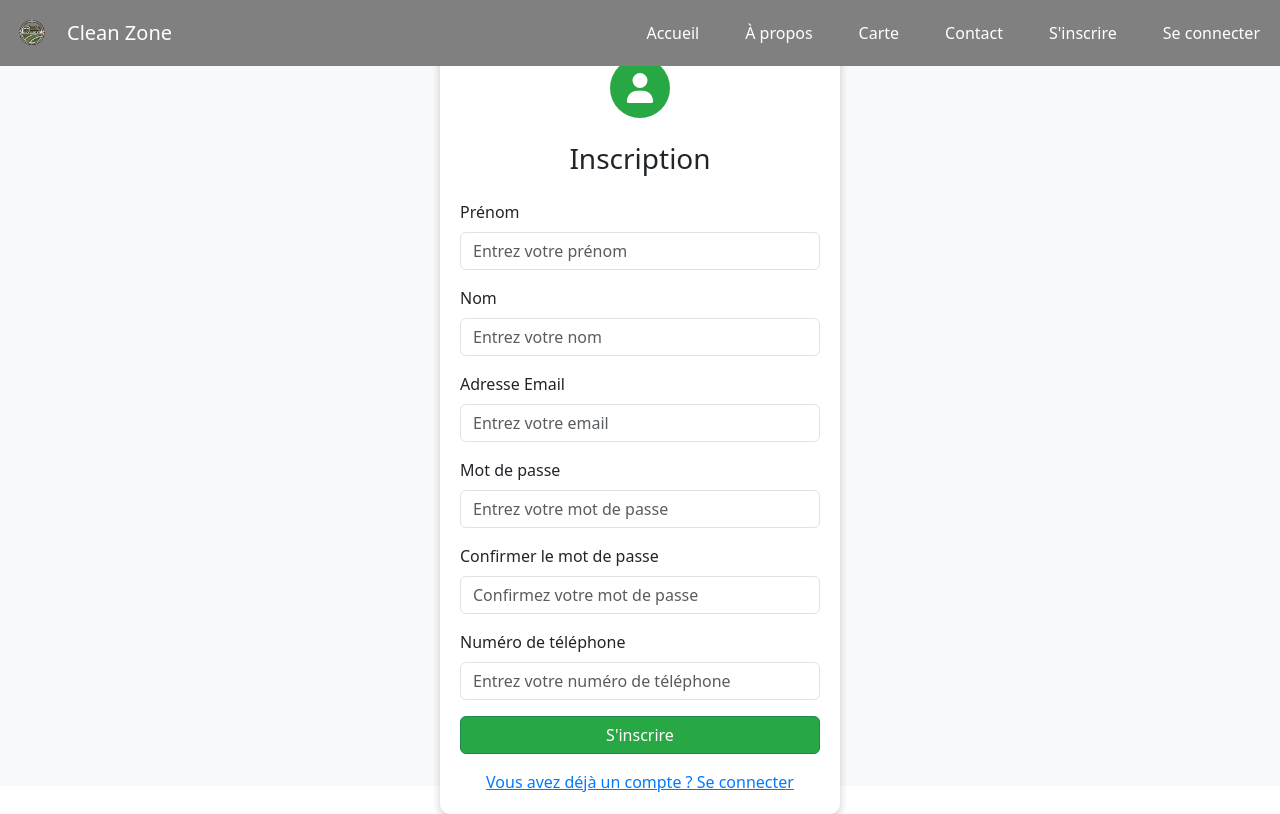
Repository: SystemInfoGeo/QGISproject
Page: /signup (app in NEXT/)
These files come from the project's save history. The page is drawn as it stood at one moment and after the next save; the edit follows.
The browser window is 1280 px wide. The pictures show the whole page.
The project was rebuilt for these pictures with package versions that can differ from the ones it lists, and the page was loaded fresh each time. The framework's server and built-in components were replaced by stand-ins that run in the browser. Also part of the build but not shown: NEXT/next.config.mjs.

Above is the page before, as saved 2024-09-16 17:17:06.

### NEXT/pages/_app.js
// pages/_app.js
import { AuthProvider } from '../context/AuthContext';
import 'bootstrap/dist/css/bootstrap.min.css'; // Import Bootstrap CSS ici

function MyApp({ Component, pageProps }) {
  return (
    <AuthProvider>
      <Component {...pageProps} />
    </AuthProvider>
  );
}

export default MyApp;

### NEXT/pages/signup.js
import { useState } from 'react';
import axios from 'axios';
import { useRouter } from 'next/router';
import 'bootstrap/dist/css/bootstrap.min.css'; // Importation de Bootstrap pour le style
import Navbar from '../components/Navbar';
import { FontAwesomeIcon } from '@fortawesome/react-fontawesome';
import { faUser } from '@fortawesome/free-solid-svg-icons'; // Importer l'icône utilisateur
import '../styles/Signup.css'; // Import du fichier CSS externe

const Signup = () => {
  const [email, setEmail] = useState('');
  const [password, setPassword] = useState('');
  const [confirmPassword, setConfirmPassword] = useState('');
  const [firstName, setFirstName] = useState('');
  const [lastName, setLastName] = useState('');
  const [phoneNumber, setPhoneNumber] = useState('');
  const [error, setError] = useState('');
  const [loading, setLoading] = useState(false);
  const router = useRouter();

  const handleSubmit = async (e) => {
    e.preventDefault();
    setError('');
    setLoading(true);

    if (password !== confirmPassword) {
      setError('Les mots de passe ne correspondent pas.');
      setLoading(false);
      return;
    }

    const emailPattern = /^[^\s@]+@[^\s@]+\.[^\s@]+$/;
    if (!emailPattern.test(email)) {
      setError('Adresse email invalide.');
      setLoading(false);
      return;
    }

    const phonePattern = /^[0-9]{10,15}$/;
    if (!phonePattern.test(phoneNumber)) {
      setError('Numéro de téléphone invalide.');
      setLoading(false);
      return;
    }

    try {
      const response = await axios.post(`${process.env.NEXT_PUBLIC_API_URL}/signup`, {
        email,
        password,
        confirm_password: confirmPassword,
        first_name: firstName,
        last_name: lastName,
        phone_number: phoneNumber
      });

      if (response.status === 201) {
        setEmail('');
        setPassword('');
        setConfirmPassword('');
        setFirstName('');
        setLastName('');
        setPhoneNumber('');

        router.push('/login');
      }
    } catch (error) {
      if (error.response && error.response.data.error) {
        setError(error.response.data.error);
      } else {
        setError('Erreur lors de l\'inscription. Veuillez réessayer.');
      }
    } finally {
      setLoading(false);
    }
  };

  return (
    <>
      <Navbar /> {/* Inclusion de la Navbar */}

      {/* Contenu principal de la page d'inscription */}
      <div className="d-flex justify-content-center align-items-center vh-100 bg-light">
        <div className="signup-container">
          <div className="signup-icon mb-4 mx-auto d-flex justify-content-center align-items-center">
            <FontAwesomeIcon icon={faUser} size="2x" className="text-white" />
          </div>
          <h3 className="text-center mb-4">Inscription</h3>
          <form onSubmit={handleSubmit}>
            <div className="mb-3">
              <label htmlFor="firstName" className="form-label">Prénom</label>
              <input
                type="text"
                className="form-control"
                id="firstName"
                placeholder="Entrez votre prénom"
                value={firstName}
                onChange={(e) => setFirstName(e.target.value)}
                required
              />
            </div>
            <div className="mb-3">
              <label htmlFor="lastName" className="form-label">Nom</label>
              <input
                type="text"
                className="form-control"
                id="lastName"
                placeholder="Entrez votre nom"
                value={lastName}
                onChange={(e) => setLastName(e.target.value)}
                required
              />
            </div>
            <div className="mb-3">
              <label htmlFor="email" className="form-label">Adresse Email</label>
              <input
                type="email"
                className="form-control"
                id="email"
                placeholder="Entrez votre email"
                value={email}
                onChange={(e) => setEmail(e.target.value)}
                required
              />
            </div>
            <div className="mb-3">
              <label htmlFor="password" className="form-label">Mot de passe</label>
              <input
                type="password"
                className="form-control"
                id="password"
                placeholder="Entrez votre mot de passe"
                value={password}
                onChange={(e) => setPassword(e.target.value)}
                required
              />
            </div>
            <div className="mb-3">
              <label htmlFor="confirmPassword" className="form-label">Confirmer le mot de passe</label>
              <input
                type="password"
                className="form-control"
                id="confirmPassword"
                placeholder="Confirmez votre mot de passe"
                value={confirmPassword}
                onChange={(e) => setConfirmPassword(e.target.value)}
                required
              />
            </div>
            <div className="mb-3">
              <label htmlFor="phoneNumber" className="form-label">Numéro de téléphone</label>
              <input
                type="tel"
                className="form-control"
                id="phoneNumber"
                placeholder="Entrez votre numéro de téléphone"
                value={phoneNumber}
                onChange={(e) => setPhoneNumber(e.target.value)}
                required
              />
            </div>
            <button type="submit" className="btn btn-success w-100 signup-btn" disabled={loading}>
              {loading ? 'Inscription en cours...' : "S'inscrire"}
            </button>
            {error && <p className="text-danger mt-3">{error}</p>}
          </form>
          <div className="text-center mt-3">
            <a href="/login">Vous avez déjà un compte ? Se connecter</a>
          </div>
        </div>
      </div>
    </>
  );
};

export default Signup;

### NEXT/context/AuthContext.js
import { createContext, useContext, useState, useEffect } from 'react';
import { Spinner } from 'react-bootstrap';
import jwt_decode from 'jwt-decode';

// Créez le contexte
const AuthContext = createContext();

// Créez un hook pour utiliser le contexte facilement
export const useAuth = () => useContext(AuthContext);

// Créer un fournisseur pour encapsuler l'état de connexion global
export const AuthProvider = ({ children }) => {
  const [loggedIn, setLoggedIn] = useState(false);
  const [loading, setLoading] = useState(true);  // Indicateur de chargement
  const [user, setUser] = useState(null);        // Stockage des informations utilisateur

  // Fonction pour vérifier la validité du token
  const isTokenValid = (token) => {
    try {
      const decodedToken = jwt_decode(token);  // Décodage du token JWT
      const currentTime = Date.now() / 1000;  // Temps actuel en secondes
      if (decodedToken.exp > currentTime) {
        return true;  // Le token est valide
      } else {
        console.warn("Le token a expiré.");
        return false;  // Le token est expiré
      }
    } catch (error) {
      console.error("Erreur lors du décodage du token:", error);
      return false;  // Le token est invalide
    }
  };

  // Vérification de la connexion au démarrage
  useEffect(() => {
    const token = localStorage.getItem('token');
    const userInfo = localStorage.getItem('user');

    // Vérification de la présence des données
    if (token && userInfo) {
      try {
        // Vérifier si le token est valide
        if (isTokenValid(token)) {
          setLoggedIn(true);

          // Essayer de parser les informations utilisateur
          try {
            const parsedUser = JSON.parse(userInfo);  // Charger les informations utilisateur
            setUser(parsedUser);
          } catch (error) {
            console.error("Erreur lors du parsing des informations utilisateur:", error);
            localStorage.removeItem('user');  // Supprimer les données corrompues
            setUser(null);
            setLoggedIn(false);
          }
        } else {
          // Le token est expiré ou invalide
          localStorage.removeItem('token');
          localStorage.removeItem('user');
          setLoggedIn(false);
        }
      } catch (error) {
        console.error("Erreur lors du traitement de la connexion:", error);
        setLoggedIn(false);
      }
    } else {
      // Si le token ou les infos utilisateur sont manquants
      console.warn("Aucun token ou informations utilisateur trouvés.");
      setLoggedIn(false);
    }

    setLoading(false);  // Fin du chargement
  }, []);

  // Fonction de connexion
  const login = (token, userInfo) => {
    if (token && userInfo) {
      localStorage.setItem('token', token);
      localStorage.setItem('user', JSON.stringify(userInfo));  // Enregistrer les informations utilisateur
      setUser(userInfo);
      setLoggedIn(true);
    } else {
      console.error("Le token ou les informations utilisateur sont manquants.");
    }
  };

  // Fonction de déconnexion
  const logout = () => {
    localStorage.removeItem('token');
    localStorage.removeItem('user');
    setUser(null);  // Réinitialiser les informations utilisateur
    setLoggedIn(false);
  };

  return (
    <AuthContext.Provider value={{ loggedIn, login, logout, loading, user }}>
      {loading ? <Spinner animation="border" role="status" /> : children} {/* Afficher un spinner si en chargement */}
    </AuthContext.Provider>
  );
};

### NEXT/components/Navbar.js
import Link from 'next/link';
import { useAuth } from '../context/AuthContext'; // Importer le hook useAuth
import 'bootstrap/dist/css/bootstrap.min.css';
import { useEffect, useState } from 'react';

export default function Navbar() {
  const { loggedIn } = useAuth(); // Utiliser le hook pour accéder à l'état de connexion
  const [userRole, setUserRole] = useState(null); // Stocker le rôle de l'utilisateur

  // Vérification du rôle de l'utilisateur lors du chargement de la page
  useEffect(() => {
    const role = localStorage.getItem('role'); // Récupérer le rôle depuis localStorage
    if (role) {
      setUserRole(role); // Mettre à jour le rôle de l'utilisateur dans le state
      console.log('Rôle de l’utilisateur:', role); // Afficher le rôle dans la console pour déboguer
    } else {
      console.log('Aucun rôle trouvé dans le localStorage');
    }
  }, []);

  return (
    <nav className="navbar navbar-expand-lg" style={{ backgroundColor: '#808080' }}>
      <div className="container-fluid">
        <a className="navbar-brand" href="/" style={{ color: 'white', display: 'flex', alignItems: 'center' }}>
          <img src="/images/logo.jpg" alt="Logo" style={{ width: '40px', height: '40px', marginRight: '15px' }} />
          Clean Zone
        </a>
        <button className="navbar-toggler" type="button" data-bs-toggle="collapse" data-bs-target="#navbarNav" aria-controls="navbarNav" aria-expanded="false" aria-label="Toggle navigation">
          <span className="navbar-toggler-icon"></span>
        </button>
        <div className="collapse navbar-collapse" id="navbarNav">
          <ul className="navbar-nav ms-auto">
            <li className="nav-item">
              <Link href="/" legacyBehavior>
                <a className="nav-link" style={{ color: 'white', marginRight: '30px' }}>Accueil</a>
              </Link>
            </li>

            <li className="nav-item">
              <Link href="/apropos" legacyBehavior>
                 <a className="nav-link" style={{ color: 'white', marginRight: '30px' }}>À propos</a>
              </Link>
            </li>

            <li className="nav-item">
              <Link href="/CARTE" legacyBehavior>
                <a className="nav-link" style={{ color: 'white', marginRight: '30px' }}>Carte</a>
              </Link>
            </li>
            <li className="nav-item">
              <Link href="/contact" legacyBehavior>
                <a className="nav-link" style={{ color: 'white', marginRight: '30px' }}>Contact</a>
              </Link>
            </li>

            {/* Affichage conditionnel basé sur l'état de connexion et le rôle */}
            {loggedIn ? (
              <li className="nav-item">
                {/* Si l'utilisateur est admin, rediriger vers le profil admin, sinon vers le profil utilisateur */}
                {userRole === 'admin' ? (
                  <Link href="/admin/profile" legacyBehavior>
                    <a className="nav-link" style={{ color: 'white', marginRight: '30px' }}>
                      Profil Admin
                    </a>
                  </Link>
                ) : (
                  <Link href="/user/profile" legacyBehavior>
                    <a className="nav-link" style={{ color: 'white', marginRight: '30px' }}>
                      Profil
                    </a>
                  </Link>
                )}
              </li>
            ) : (
              <>
                <li className="nav-item">
                  <Link href="/signup" legacyBehavior>
                    <a className="nav-link" style={{ color: 'white', marginRight: '30px' }}>S'inscrire</a>
                  </Link>
                </li>
                <li className="nav-item">
                  <Link href="/login" legacyBehavior>
                    <a className="nav-link" style={{ color: 'white' }}>Se connecter</a>
                  </Link>
                </li>
              </>
            )}
          </ul>
        </div>
      </div>
    </nav>
  );
}

### NEXT/styles/Signup.css
.signup-container {
    background: white;
    padding: 20px;
    border-radius: 10px;
    box-shadow: 0 4px 8px rgba(0, 0, 0, 0.2);
    max-width: 400px;
    width: 100%;
  }

  .signup-icon {
    width: 60px;
    height: 60px;
    background-color: #28a745;
    border-radius: 50%;
    display: flex;
    justify-content: center;
    align-items: center;
    margin: 0 auto 20px;
  }

  .signup-icon svg {
    width: 30px;
    height: 30px;
  }

  .signup-btn {
    background-color: #28a745;
    color: white;
  }

  .signup-btn:disabled {
    background-color: #94d3a2;
  }

  .text-danger {
    color: #dc3545 !important;
  }

  .text-center a {
    color: #007bff;
  }

  .text-center a:hover {
    color: #0056b3;
  }

  .bg-light {
    background-color: #f8f9fa !important;
  }

After the next save:
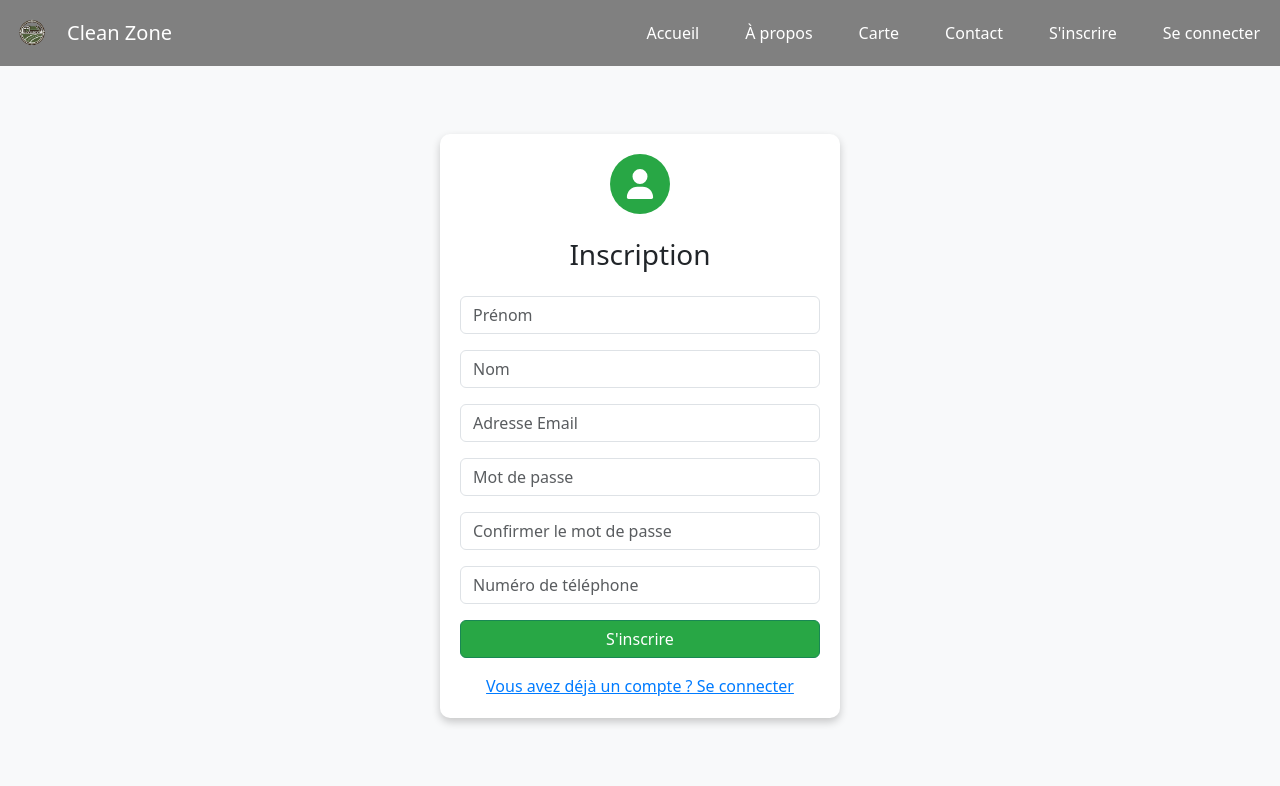
Saved 6 min 17 s later.
--- a/NEXT/pages/signup.js
+++ b/NEXT/pages/signup.js
@@ -87,72 +87,66 @@ const Signup = () => {
           <h3 className="text-center mb-4">Inscription</h3>
           <form onSubmit={handleSubmit}>
             <div className="mb-3">
-              <label htmlFor="firstName" className="form-label">Prénom</label>
               <input
                 type="text"
                 className="form-control"
                 id="firstName"
-                placeholder="Entrez votre prénom"
+                placeholder="Prénom" // Placeholder à la place de <label>
                 value={firstName}
                 onChange={(e) => setFirstName(e.target.value)}
                 required
               />
             </div>
             <div className="mb-3">
-              <label htmlFor="lastName" className="form-label">Nom</label>
               <input
                 type="text"
                 className="form-control"
                 id="lastName"
-                placeholder="Entrez votre nom"
+                placeholder="Nom" // Placeholder à la place de <label>
                 value={lastName}
                 onChange={(e) => setLastName(e.target.value)}
                 required
               />
             </div>
             <div className="mb-3">
-              <label htmlFor="email" className="form-label">Adresse Email</label>
               <input
                 type="email"
                 className="form-control"
                 id="email"
-                placeholder="Entrez votre email"
+                placeholder="Adresse Email" // Placeholder à la place de <label>
                 value={email}
                 onChange={(e) => setEmail(e.target.value)}
                 required
               />
             </div>
             <div className="mb-3">
-              <label htmlFor="password" className="form-label">Mot de passe</label>
               <input
                 type="password"
                 className="form-control"
                 id="password"
-                placeholder="Entrez votre mot de passe"
+                placeholder="Mot de passe" // Placeholder à la place de <label>
                 value={password}
                 onChange={(e) => setPassword(e.target.value)}
                 required
               />
             </div>
             <div className="mb-3">
-              <label htmlFor="confirmPassword" className="form-label">Confirmer le mot de passe</label>
               <input
                 type="password"
                 className="form-control"
                 id="confirmPassword"
-                placeholder="Confirmez votre mot de passe"
+                placeholder="Confirmer le mot de passe" // Placeholder à la place de <label>
                 value={confirmPassword}
                 onChange={(e) => setConfirmPassword(e.target.value)}
                 required
               />
             </div>
             <div className="mb-3">
-              <label htmlFor="phoneNumber" className="form-label">Numéro de téléphone</label>
               <input
                 type="tel"
                 className="form-control"
                 id="phoneNumber"
-                placeholder="Entrez votre numéro de téléphone"
+                placeholder="Numéro de téléphone" // Placeholder à la place de <label>
                 value={phoneNumber}
                 onChange={(e) => setPhoneNumber(e.target.value)}
                 required
